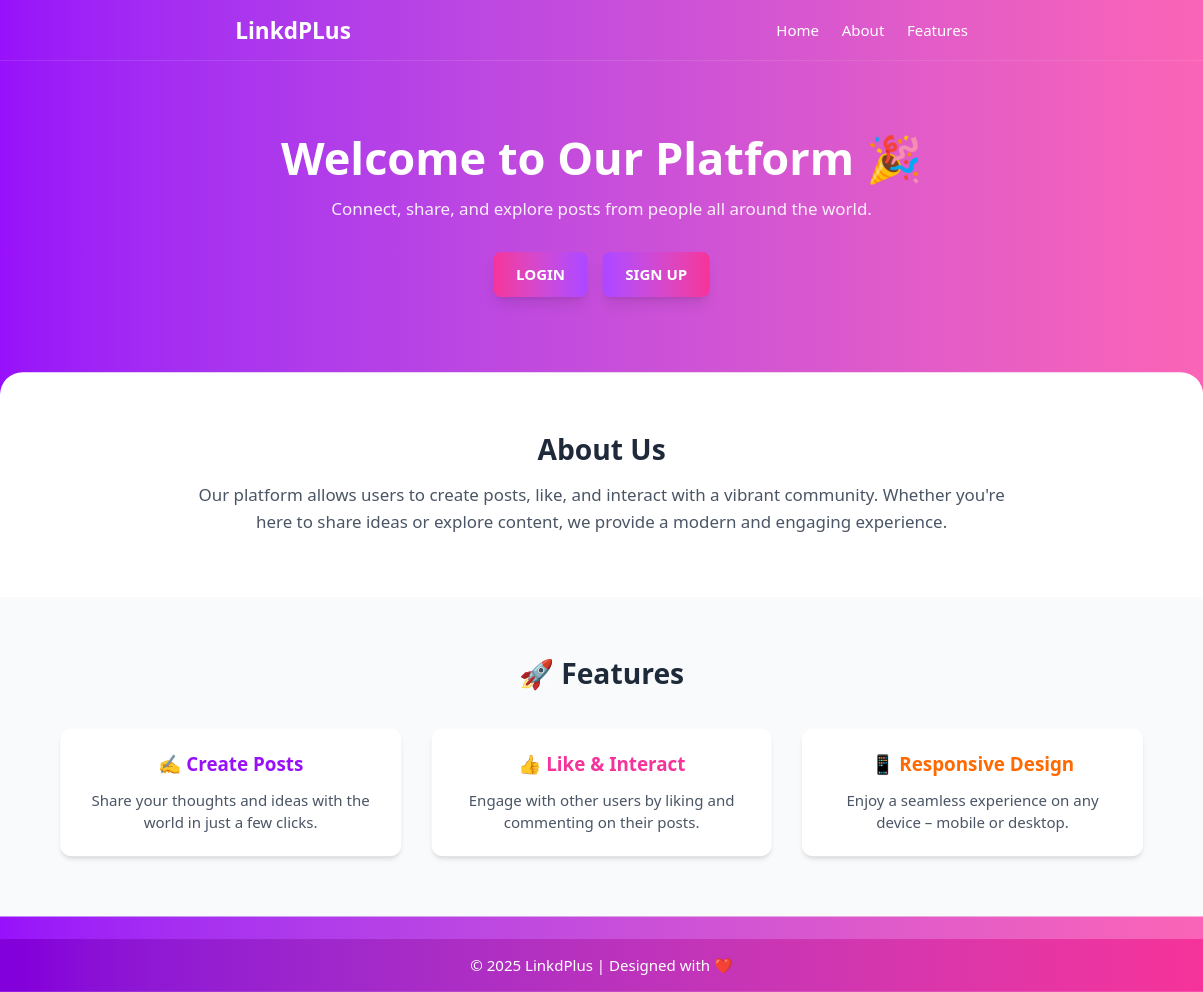
Repository: Tushal27/LinkdPlus-Frontend
Page: /
An editor plug-in stored every save of this project. The page is shown before and after the next save, followed by the edit.
The browser window is 1280 px wide. The pictures show the whole page, at 94% of full size.
The project was rebuilt for these pictures with package versions that can differ from the ones it lists, and the page was loaded fresh each time. Also part of the build but not shown: vite.config.js, src/pages/Login.jsx, src/pages/Register.jsx, src/pages/Profile.jsx, src/components/CommentsDrawer.jsx, src/pages/Posts.jsx, src/pages/EditProfile.jsx. Imported but missing from the stored project, and not drawn on this page: src/components/PostCard, src/pages/Layout.

Above is the page before, as saved 2025-08-04 04:16:54.

After the next save:
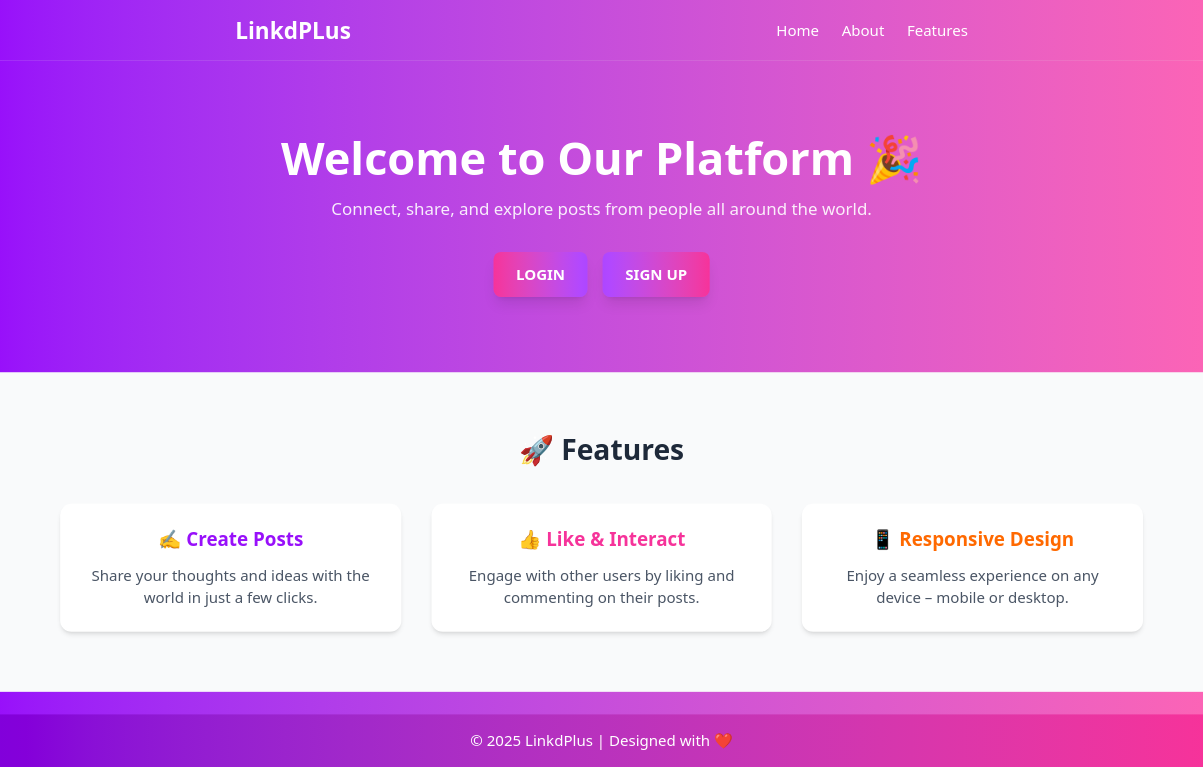
Saved 98 s later.
--- a/src/pages/HomePage.jsx
+++ b/src/pages/HomePage.jsx
@@ -34,17 +34,6 @@ export default function HomePage() {
         </div>
       </section>
 
-      {/* ✅ About Section */}
-      <section className="w-full bg-white py-16 px-6 rounded-t-3xl shadow-lg">
-        <div className="max-w-4xl mx-auto text-center">
-          <h2 className="text-3xl font-bold mb-4 text-gray-800">About Us</h2>
-          <p className="text-gray-600 text-lg leading-relaxed">
-            Our platform allows users to create posts, like, and interact with a
-            vibrant community. Whether you're here to share ideas or explore
-            content, we provide a modern and engaging experience.
-          </p>
-        </div>
-      </section>
       <Features  />
       {/* ✅ Footer */}
       <footer className="w-full bg-gradient-to-r from-purple-700 to-pink-500 text-white text-center py-4 mt-6">
